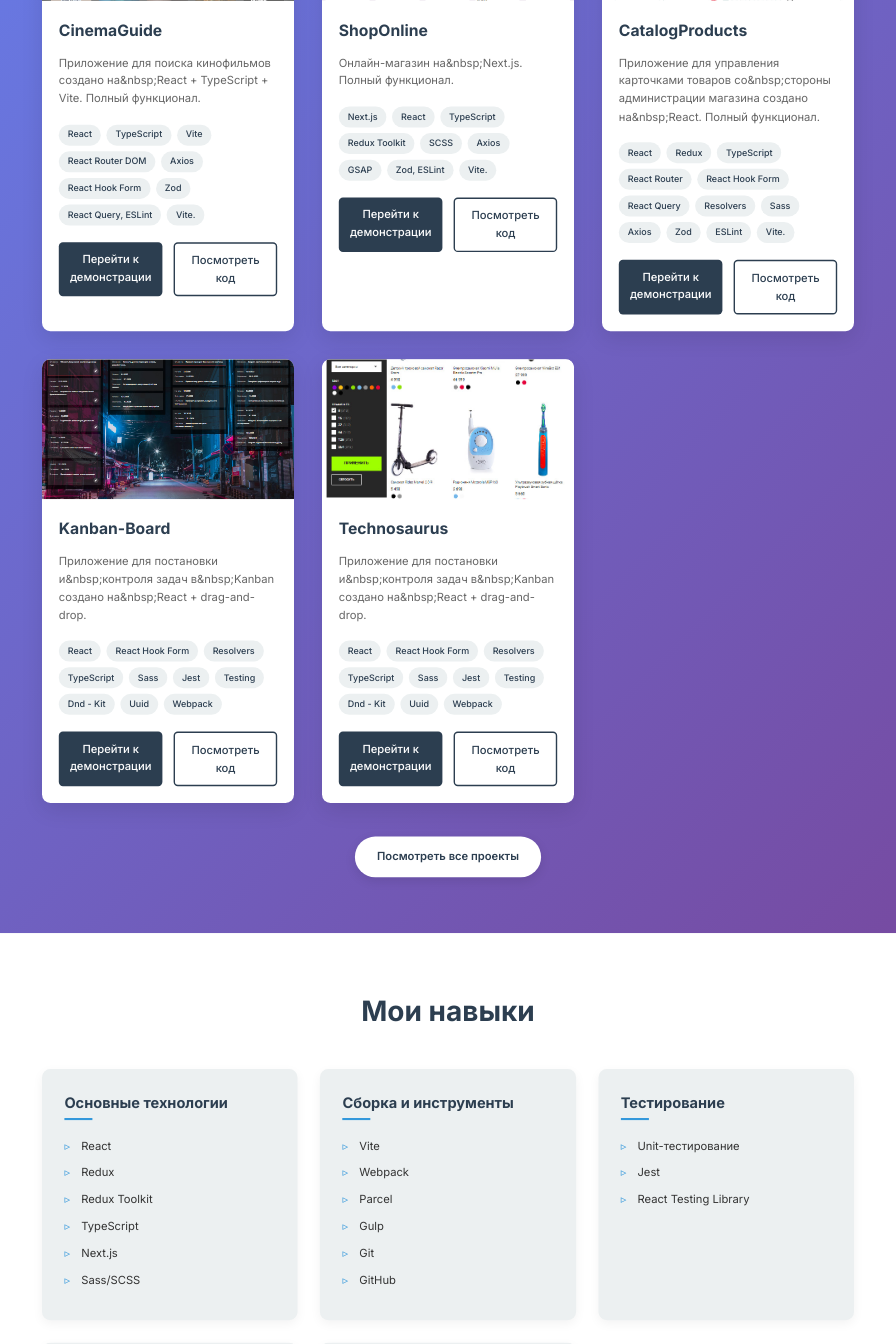
Repository: RostislavZeberg/resume-app
Page: /
The author's editor kept a copy of each file at every save. The page is drawn from the files as they stood at one save, then again after the next save.
The browser window is 1280 px wide. The pictures show the part of the page from y = 453 to 2373 px (the page is 4342 px tall), at 70% of full size.
The project was rebuilt for these pictures with package versions that can differ from the ones it lists, and the page was loaded fresh each time. The framework's server and built-in components were replaced by stand-ins that run in the browser. Also part of the build but not shown: next.config.ts.

Above is the page before, as saved 2025-09-18 14:05:24.

After the next save:
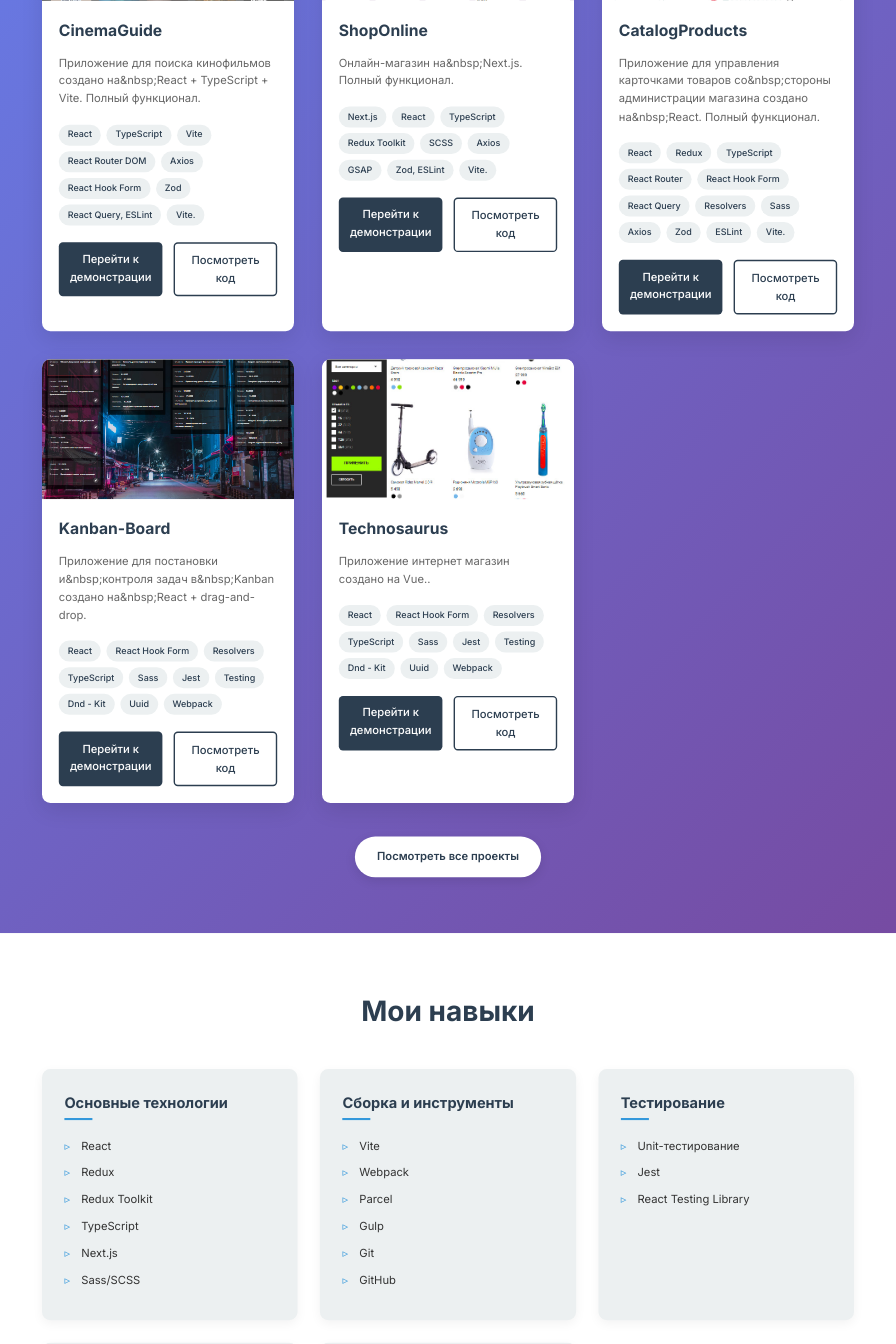
Saved 21 s later.
--- a/info/projects.ts
+++ b/info/projects.ts
@@ -30,7 +30,7 @@ export const projects = [
   },
   {
     name: 'Technosaurus',
-    description: 'Приложение для постановки и&nbsp;контроля задач в&nbsp;Kanban создано на&nbsp;React + drag-and-drop.',
+    description: 'Приложение интернет магазин создано на Vue..',
     demoLink: 'https://shop-online-omega.vercel.app/',
     codeLink: 'https://github.com/RostislavZeberg/ShopOnline',
     technologies: ['React', 'React Hook Form', 'Resolvers', 'TypeScript', 'Sass', 'Jest', 'Testing', 'Dnd - Kit', 'Uuid', 'Webpack']
